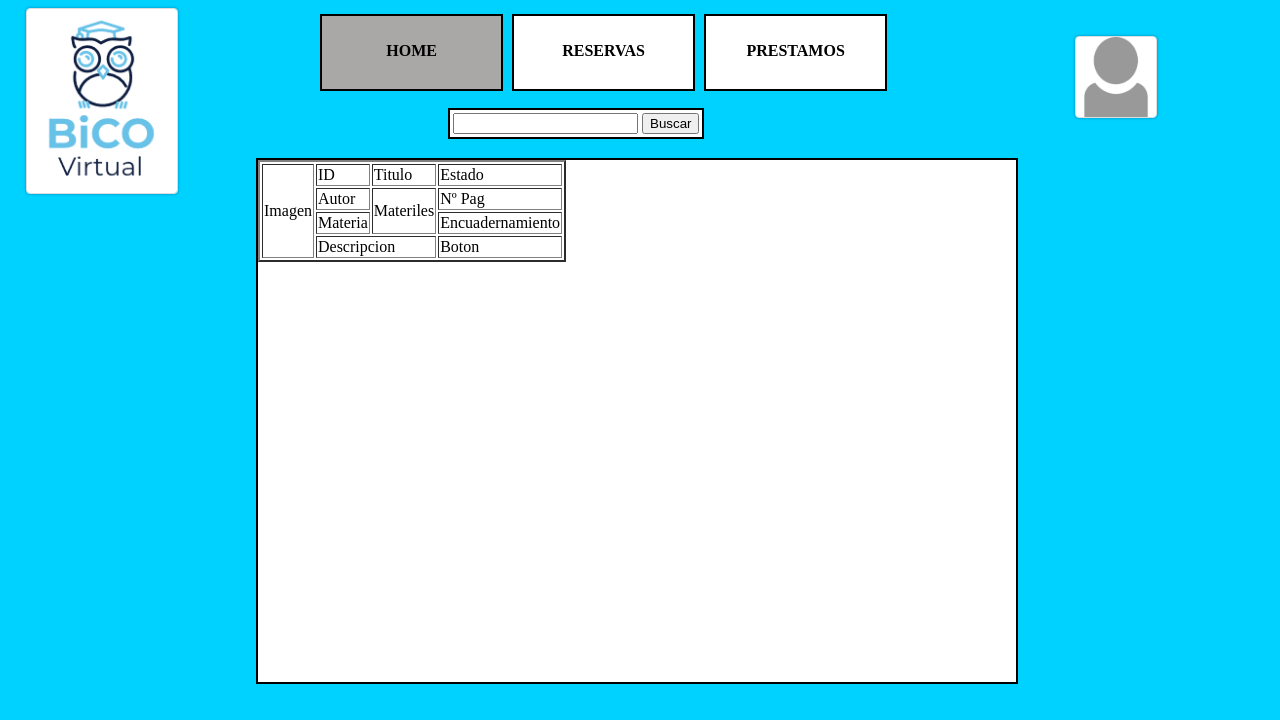
Repository: i72frpeu/IW_Bien
Page: http://localhost/Trabajo_IW/Vistas/Libro.jsp
The author's editor kept a copy of each file at every save. The page is drawn from the files as they stood at one save, then again after the next save.
The browser window is 1280 px wide. The pictures show the whole page.
The page is served by Tomcat 9.

Above is the page before, as saved 2020-05-16 18:04:45.

After the next save:
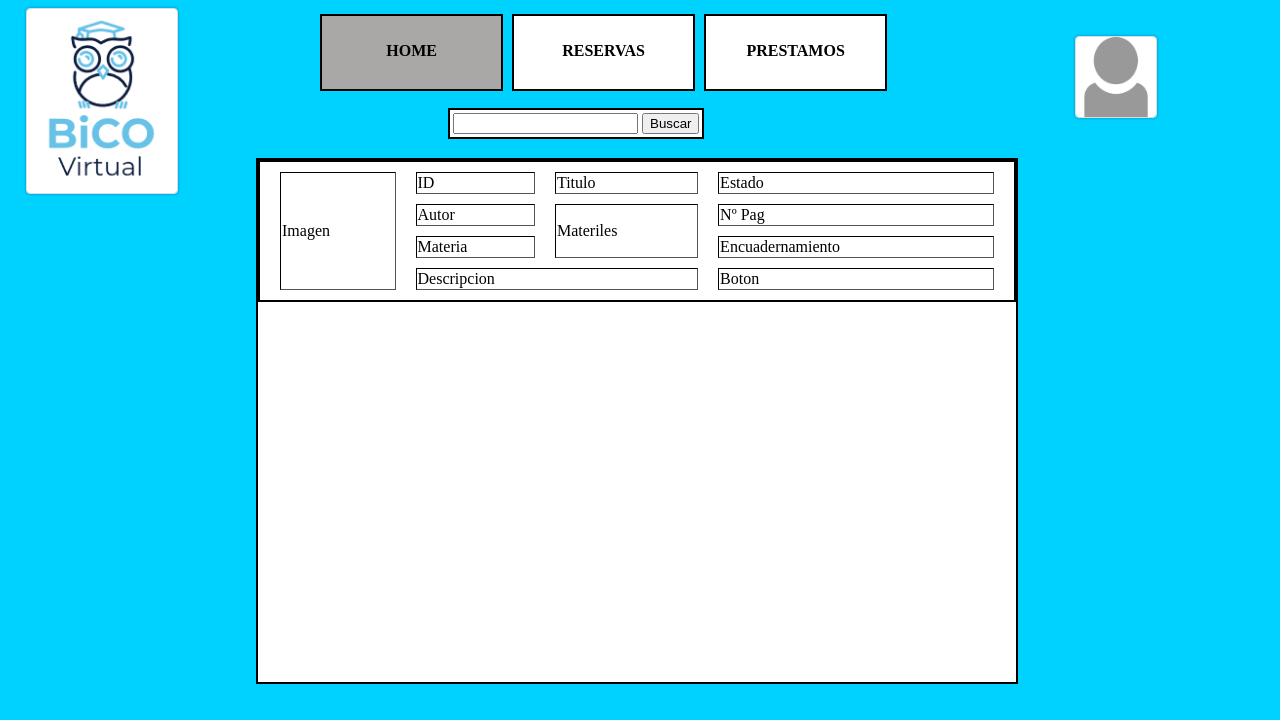
Saved 12 s later.
--- a/WorkSpace/Trabajo IW/WebContent/Vistas/Libro.jsp
+++ b/WorkSpace/Trabajo IW/WebContent/Vistas/Libro.jsp
@@ -27,7 +27,7 @@
   </div>
 
   <div class="div_home">
-	<table class = "tabla_libro" border = "2px">
+	<table class = "tablalibro" border = "2px">
 		<tr>
 			<td rowspan = 4> Imagen </td> <td> ID </td> <td> Titulo </td> <td> Estado </td>
 		</tr>
